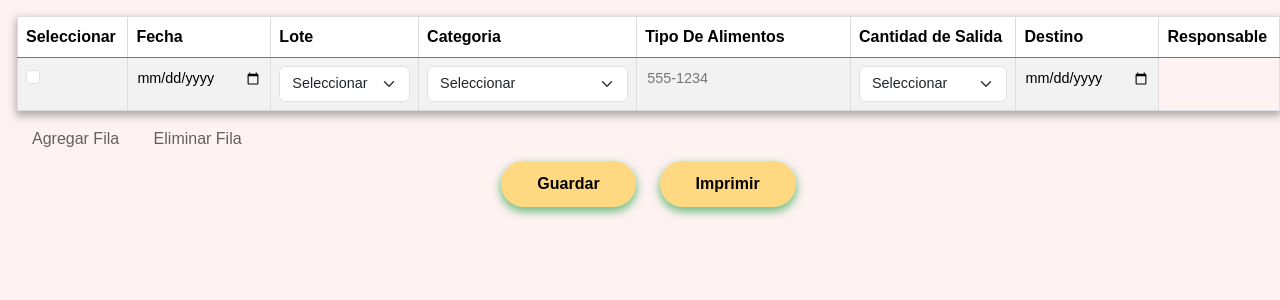
Repository: Mateojimenezz/Granja-Santa-Helena
Page: registroDiarioDeAlimentos.html
The author's editor kept a copy of each file at every save. The page is drawn from the files as they stood at one save, then again after the next save.
The browser window is 1280 px wide. The pictures show the whole page.
Some web fonts or font styles are not loaded; a fallback is used.

Above is the page before, as saved 2025-04-22 15:45:45.

After the next save:
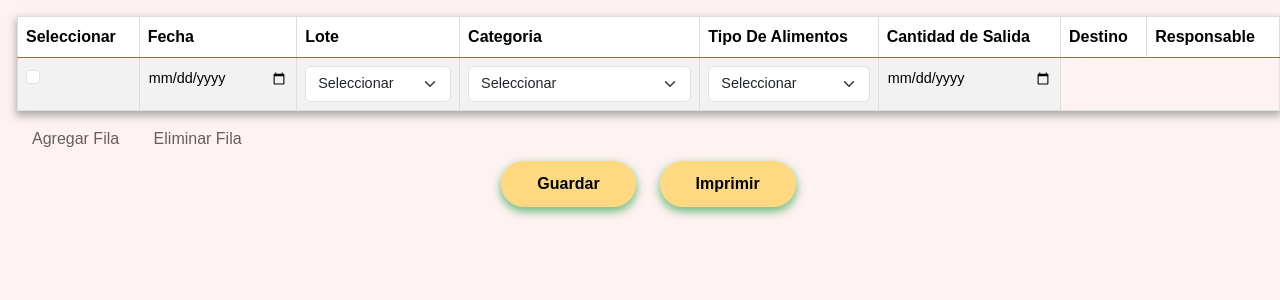
Saved 28 s later.
--- a/registroDiarioDeAlimentos.html
+++ b/registroDiarioDeAlimentos.html
@@ -54,11 +54,6 @@
                 </select>
               </td>
 
-
-
-              <td>
-                <input type="tel" class="input-no-border" placeholder="555-1234" />
-              </td>
               <td>
                 <!-- Selector proveedores -->
                 <select class="form-select">
